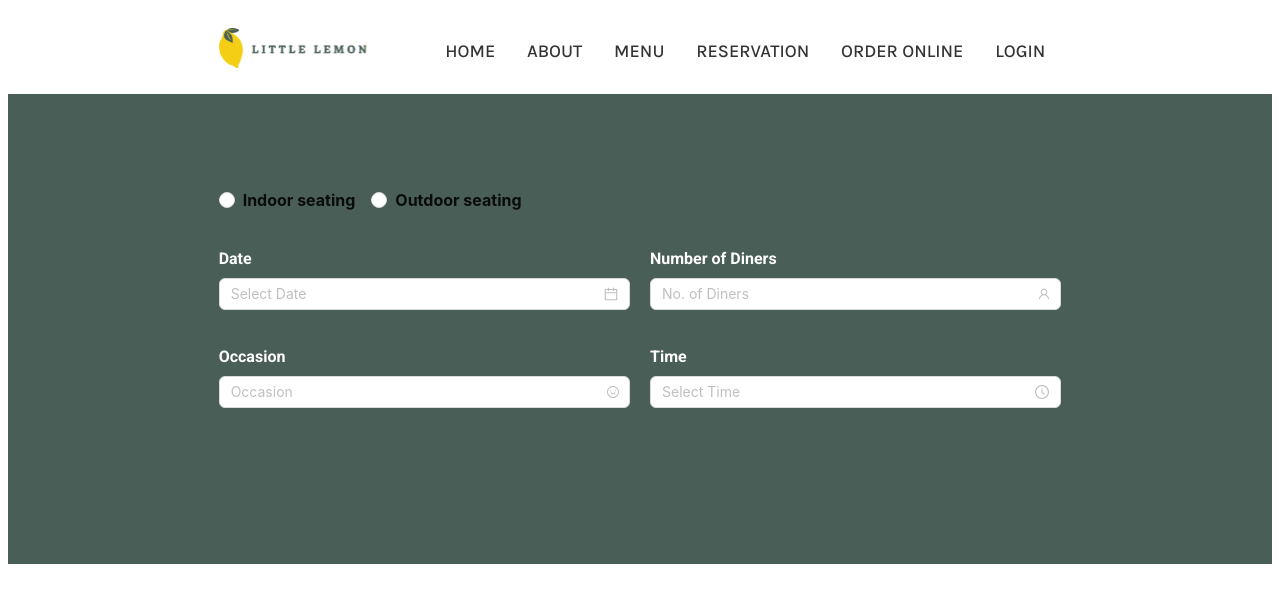
Repository: Yeshwanth-189/little-lemon
Page: /reservation (app in little-lemon/)
The author's editor kept a copy of each file at every save. The page is drawn from the files as they stood at one save, then again after the next save.
The browser window is 1280 px wide. The pictures show the whole page.
The project was rebuilt for these pictures with package versions that can differ from the ones it lists, and the page was loaded fresh each time. Also part of the build but not shown: little-lemon/src/index.css, little-lemon/src/components/Hero/Hero.css, little-lemon/src/components/Hero/Hero.jsx, little-lemon/src/components/Specials/Specials.css, little-lemon/src/components/Specials/Specials.jsx, little-lemon/src/components/Testimonials/Testimonials.css, little-lemon/src/components/Testimonials/Testimonials.jsx, little-lemon/src/components/About/About.css and 3 more.

Above is the page before, as saved 2025-04-26 22:35:31.

### little-lemon/public/index.html
<!DOCTYPE html>
<html lang="en">
  <head>
    <meta charset="utf-8" />
    <link rel="icon" href="%PUBLIC_URL%/Logo.png" />
    <meta name="viewport" content="width=device-width, initial-scale=1" />
    <meta name="theme-color" content="#000000" />
    <meta
      name="description"
      content="Little Lemon is a family-run Mediterranean restaurant in Chicago, IL."
    />
    <meta name="og:image" content="%PUBLIC_URL%/Logo.png" />
    <meta name="og:title" content="Little-Lemon Restaurant" />
    <link rel="apple-touch-icon" href="%PUBLIC_URL%/Logo.png" />
    <!--
      manifest.json provides metadata used when your web app is installed on a
      user's mobile device or desktop. See https://developers.google.com/web/fundamentals/web-app-manifest/
    -->
    <link rel="manifest" href="%PUBLIC_URL%/manifest.json" />
    <!--
      Notice the use of %PUBLIC_URL% in the tags above.
      It will be replaced with the URL of the `public` folder during the build.
      Only files inside the `public` folder can be referenced from the HTML.

      Unlike "/favicon.ico" or "favicon.ico", "%PUBLIC_URL%/favicon.ico" will
      work correctly both with client-side routing and a non-root public URL.
      Learn how to configure a non-root public URL by running `npm run build`.
    -->
    <title>Little Lemon</title>
    <link rel="stylesheet" href="%PUBLIC_URL%/index.css" />
    <link rel="preconnect" href="https://fonts.googleapis.com" />
    <link rel="preconnect" href="https://fonts.gstatic.com" crossorigin />
    <link
      href="https://fonts.googleapis.com/css2?family=Karla:ital,wght@0,200..800;1,200..800&display=swap"
      rel="stylesheet"
    />
    <link rel="preconnect" href="https://fonts.googleapis.com" />
    <link rel="preconnect" href="https://fonts.gstatic.com" crossorigin />
    <link
      href="https://fonts.googleapis.com/css2?family=Karla:ital,wght@0,200..800;1,200..800&family=Roboto:ital,wght@0,100..900;1,100..900&display=swap"
      rel="stylesheet"
    />
  </head>
  <body>
    <noscript>You need to enable JavaScript to run this app.</noscript>
    <div id="root"></div>
    <!--
      This HTML file is a template.
      If you open it directly in the browser, you will see an empty page.

      You can add webfonts, meta tags, or analytics to this file.
      The build step will place the bundled scripts into the <body> tag.

      To begin the development, run `npm start` or `yarn start`.
      To create a production bundle, use `npm run build` or `yarn build`.
    -->
  </body>
</html>

### little-lemon/src/App.js
import React from "react";
import { BrowserRouter as Router, Routes, Route } from "react-router-dom";
import Nav from "./components/Navigation/NavBar";
import Hero from "./components/Hero/Hero";
import Specials from "./components/Specials/Specials";
import Testimonials from "./components/Testimonials/Testimonials";
import About from "./components/About/About";
import Footer from "./components/Footer/Footer";
import Reservation from "./components/Reservation/Reservation";

function Home() {
  return (
    <div>
      <Hero />
      <Specials />
      <Testimonials />
      <About />
      <Footer />
    </div>
  );
}

function Menu() {
  return <h1>Menu Page</h1>;
}

function App() {
  return (
    <Router>
      <Nav />
      <Routes>
        <Route path="/" element={<Home />} />
        <Route path="/menu" element={<Menu />} />
        <Route path="/about" element={<About />} />
        <Route path="/reservation" element={<Reservation />} />
      </Routes>
    </Router>
  );
}

export default App;

### little-lemon/src/components/Navigation/NavBar.jsx
import React from "react";
import { Link as RouterLink } from "react-router-dom";
import { Link as ScrollLink } from "react-scroll";
import Logo from "../../assets/Logo.svg";
import "./NavBar.css";

function Nav() {
  return (
    <nav className="nav-grid">
      {/* Empty 1-2 columns */}
      <div className="nav-empty"></div>

      {/* Logo 3-4 */}
      <div className="nav-logo">
        <img src={Logo} alt="Little Lemon Logo" />
      </div>

      {/* Nav links 5-10 */}
      <div className="nav-links">
        <RouterLink to="/">HOME</RouterLink>
        <ScrollLink
          to="about"
          smooth={true}
          duration={1000}
          offset={-70} // Adjust if your NavBar is sticky
        >
          ABOUT
        </ScrollLink>
        <RouterLink to="/menu">MENU</RouterLink>
        <RouterLink to="/reservation">RESERVATION</RouterLink>
        <RouterLink to="/order-online">ORDER ONLINE</RouterLink>
        <RouterLink to="/login">LOGIN</RouterLink>
      </div>

      {/* Empty 11-12 columns */}
      <div className="nav-empty"></div>
    </nav>
  );
}

export default Nav;

### little-lemon/src/components/Reservation/Reservation.jsx
import React from "react";
import { Select, Radio, DatePicker, TimePicker } from "antd";
import {
  UserOutlined,
  CalendarOutlined,
  ClockCircleOutlined,
  SmileOutlined,
} from "@ant-design/icons";
import "./Reservation.css";

const { Option } = Select;

function Reservation() {
  return (
    <section className="reservation-grid">
      {/* Empty margin */}
      <div className="reservation-empty"></div>

      {/* Main Form */}
      <div className="reservation-main">
        {/* Row 1: Radio buttons */}
        <div className="reservation-row">
          <div className="reservation-col">
            <Radio.Group>
              <Radio value="indoor">Indoor seating</Radio>
              <Radio value="outdoor">Outdoor seating</Radio>
            </Radio.Group>
          </div>
        </div>

        {/* Row 2: Date and Number of Diners */}
        <div className="reservation-row">
          <div className="reservation-col">
            <label>Date</label>
            <DatePicker
              suffixIcon={<CalendarOutlined />}
              style={{ width: "100%", height: "2rem" }}
              placeholder="Select Date"
            />
          </div>
          <div className="reservation-col">
            <label>Number of Diners</label>
            <Select
              placeholder="No. of Diners"
              suffixIcon={<UserOutlined />}
              style={{ width: "100%" }}
            >
              <Option value="1">2</Option>
              <Option value="2">4</Option>
              <Option value="3">6</Option>
              <Option value="4">8</Option>
            </Select>
          </div>
        </div>

        {/* Row 3: Occasion and Time */}
        <div className="reservation-row">
          <div className="reservation-col">
            <label>Occasion</label>
            <Select
              placeholder="Occasion"
              suffixIcon={<SmileOutlined />}
              style={{ width: "100%" }}
            >
              <Option value="birthday">Birthday</Option>
              <Option value="anniversary">Anniversary</Option>
              <Option value="other">Other</Option>
            </Select>
          </div>
          <div className="reservation-col">
            <label>Time</label>
            <TimePicker
              suffixIcon={<ClockCircleOutlined />}
              style={{ width: "100%" }}
              use12Hours
              format="h:mm A"
              placeholder="Select Time"
            />
          </div>
        </div>
      </div>

      {/* Empty margin */}
      <div className="reservation-empty"></div>
    </section>
  );
}

export default Reservation;

### little-lemon/src/components/Navigation/NavBar.css
.nav-grid {
  display: grid;
  grid-template-columns: repeat(12, 1fr);
  align-items: center;
  background-color: white;
  padding: 20px 0;
  position: sticky;
  top: 0;
  z-index: 10;
  font-family: "karla", sans-serif;
  font-size: 20px;
  font-weight: 700;
}

/* Empty columns for margins */
.nav-empty {
  grid-column: span 2;
}

/* Logo */
.nav-logo {
  grid-column: span 2;
  font-size: 24px;
  font-weight: bold;
  color: #495e57;
}

.nav-logo a {
  text-decoration: none;
  color: inherit;
}

/* Links */
.nav-links {
  grid-column: span 6;
  display: flex;
  justify-content: space-around;
  align-items: center;
}

.nav-links a {
  text-decoration: none;
  color: #333;
  font-size: 18px;
  font-weight: 500;
}

.nav-links a:hover {
  color: #f4ce14;
}

/* MOBILE RESPONSIVE */
@media (max-width: 768px) {
  .nav-grid {
    grid-template-columns: repeat(4, 1fr);
    padding: 10px 0;
  }

  .nav-empty {
    display: none; /* No margin on mobile */
  }

  .nav-logo {
    grid-column: span 2;
    font-size: 20px;
    text-align: left;
    padding-left: 10px;
  }

  .nav-links {
    grid-column: span 2;
    display: flex;
    flex-direction: column; /* Stack links vertically */
    gap: 10px;
    align-items: flex-end;
    padding-right: 10px;
  }

  .nav-links a {
    font-size: 16px;
  }
}

### little-lemon/src/components/Reservation/Reservation.css
.reservation-grid {
  display: grid;
  grid-template-columns: repeat(12, 1fr);
  width: 100%;
  max-width: 1440px;
  margin: 0 auto;
  min-height: 350px;
  padding: 60px 0;
  background-color: #495e57; /* Background like your Figma */
  color: white;
}

/* Empty margins */
.reservation-empty {
  display: none;
}

/* Main Section (3-10 columns) */
.reservation-main {
  grid-column: 3 / span 8;
  display: flex;
  flex-direction: column;
  gap: 20px;
}

/* Each Row */
.reservation-row {
  display: flex;
  justify-content: space-between;
  gap: 20px;
}

/* Each Column inside Row */
.reservation-col {
  flex: 1;
  display: flex;
  flex-direction: column;
  gap: 10px;
  font-family: "roboto", sans-serif;
  font-size: 20px;
}

/* Inputs and Selects */
.reservation-col input[type="radio"] {
  margin-right: 8px;
}

.reservation-col select {
  padding: 10px;
  border-radius: 8px;
  border: none;
  font-size: 16px;
}

/* Labels */
.reservation-col label {
  font-size: 16px;
  font-weight: bold;
  margin-top: 4%;
}

/* MOBILE RESPONSIVE */
@media (max-width: 768px) {
  .reservation-grid {
    grid-template-columns: repeat(4, 1fr);
    padding: 30px 0;
  }

  .reservation-main {
    grid-column: 1 / span 4;
  }

  .reservation-row {
    flex-direction: column;
  }
}

Loaded but not shown: little-lemon/src/index.js (common file); little-lemon/src/reportWebVitals.js (common file); little-lemon/public/index.css (common file)

After the next save:
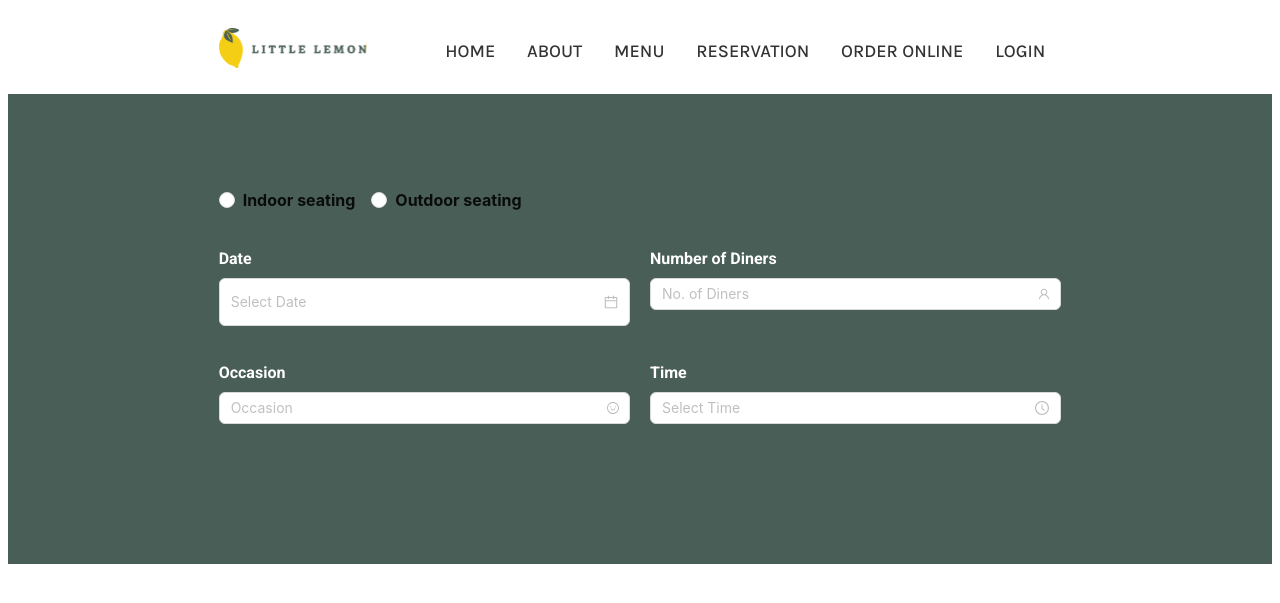
Saved 5 s later.
--- a/little-lemon/src/components/Reservation/Reservation.jsx
+++ b/little-lemon/src/components/Reservation/Reservation.jsx
@@ -34,7 +34,7 @@ function Reservation() {
             <label>Date</label>
             <DatePicker
               suffixIcon={<CalendarOutlined />}
-              style={{ width: "100%", height: "2rem" }}
+              style={{ width: "100%", height: "3rem" }}
               placeholder="Select Date"
             />
           </div>
